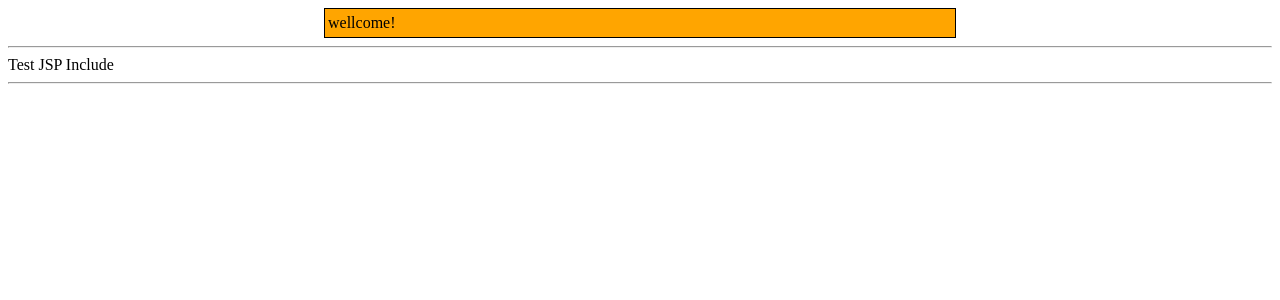
Repository: suzume1203/test
Page: http://localhost/JspProject/TestInclude.jsp
The author's editor kept a copy of each file at every save. The page is drawn from the files as they stood at one save, then again after the next save.
The browser window is 1280 px wide. The pictures show the whole page.
The page is served by Tomcat 10. Nobody is signed in. The application's start-up code is not run.

Above is the page before, as saved 2023-03-08 02:52:01.

After the next save:
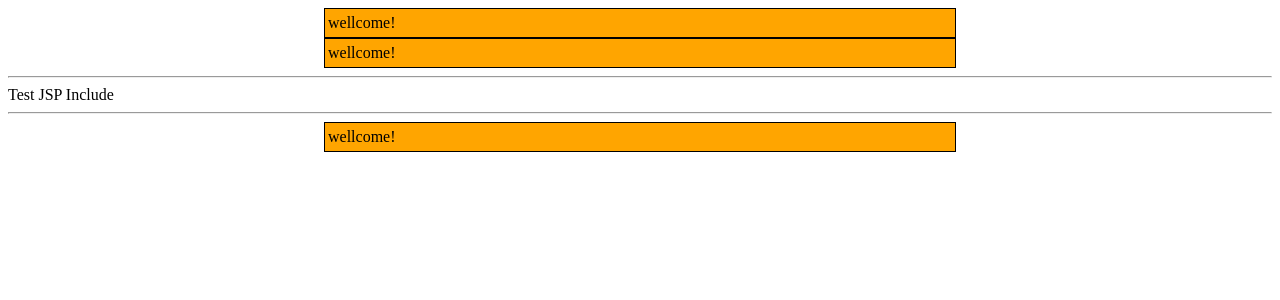
Saved 13 s later.
--- a/JspProject/src/main/webapp/TestInclude.jsp
+++ b/JspProject/src/main/webapp/TestInclude.jsp
@@ -9,8 +9,10 @@
 </head>
 <body>
 
+<%@ include file="shareresourse/TestHeadPage.jsp"%>
 <hr/>
 Test JSP Include
 <hr/>
+<%@ include file="shareresourse/TestHeadPage.jsp"%>
 </body>
 </html>
